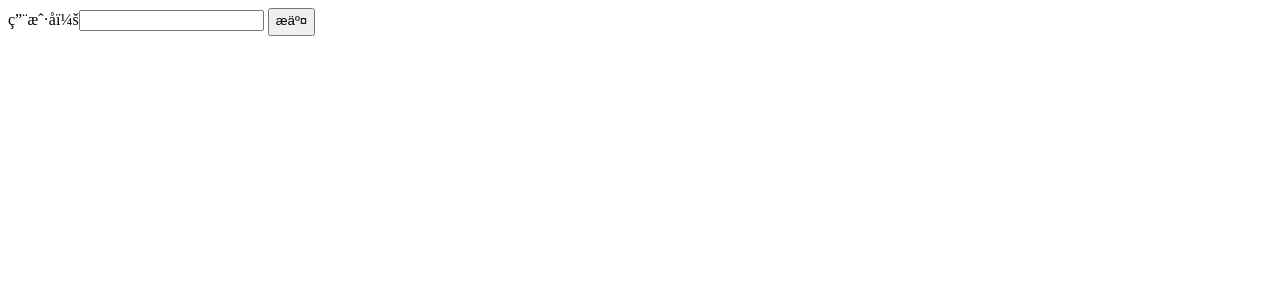
Repository: wsws1996/myproject
Page: java/workspace/day07/WebRoot/form.html
An editor plug-in stored every save of this project. The page is shown before and after the next save, followed by the edit.
The browser window is 1280 px wide. The pictures show the whole page.

Above is the page before, as saved 2015-11-11 08:06:05.

After the next save:
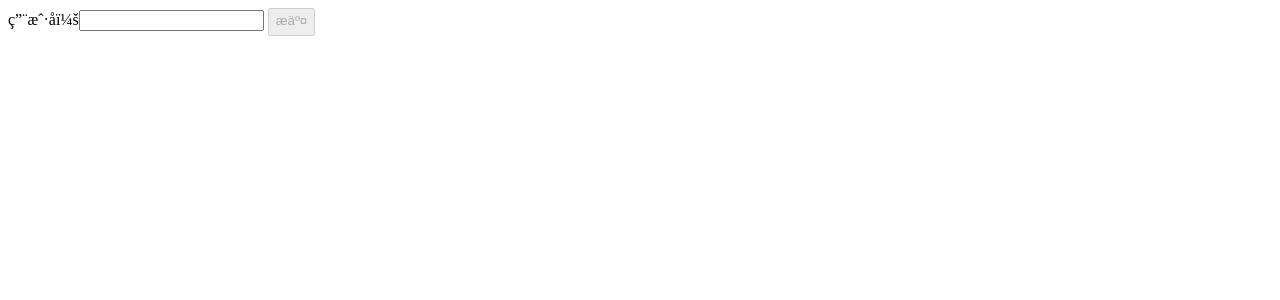
Saved 54 s later.
--- a/java/workspace/day07/WebRoot/form.html
+++ b/java/workspace/day07/WebRoot/form.html
@@ -23,7 +23,7 @@
 	<form action="/day07/servlet/FormServlet" method="post"
 		onsubmit="return dosubmit()">
 		用户名：<input type="text" name="username"> <input type="submit"
-			value="提交">
+			value="提交" disabled="true">
 	</form>
 </body>
 </html>

After the 2 saves that followed:
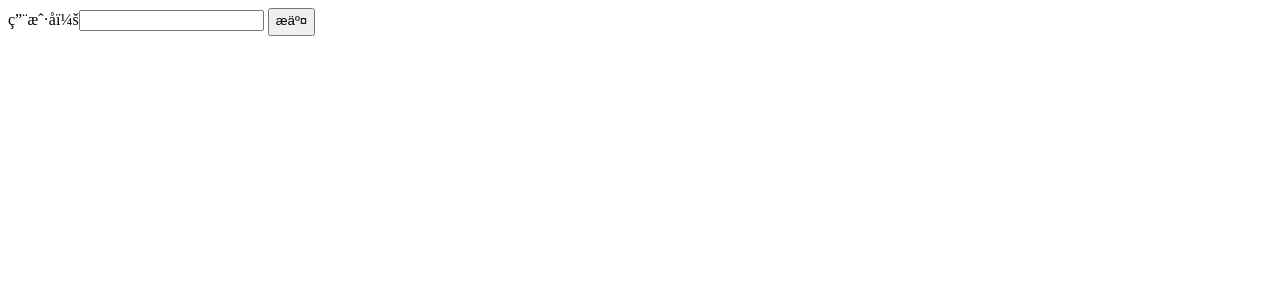
The 2 saves are shown as one change because 1 left the picture as it was.
The last was saved 103 s later.
--- a/java/workspace/day07/WebRoot/form.html
+++ b/java/workspace/day07/WebRoot/form.html
@@ -7,6 +7,7 @@
 <meta name="description" content="this is my page">
 <meta name="content-type" content="text/html; charset=UTF-8">
 <script type="text/javascript">
+/*
 	var isCommitted = false;
 	function dosubmit() {
 		if (isCommitted == false) {
@@ -16,6 +17,7 @@
 			return false;
 		}
 	}
+	*/
 </script>
 </head>
 
@@ -23,7 +25,7 @@
 	<form action="/day07/servlet/FormServlet" method="post"
 		onsubmit="return dosubmit()">
 		用户名：<input type="text" name="username"> <input type="submit"
-			value="提交" disabled="true">
+			value="提交" id="sumbit">
 	</form>
 </body>
 </html>
